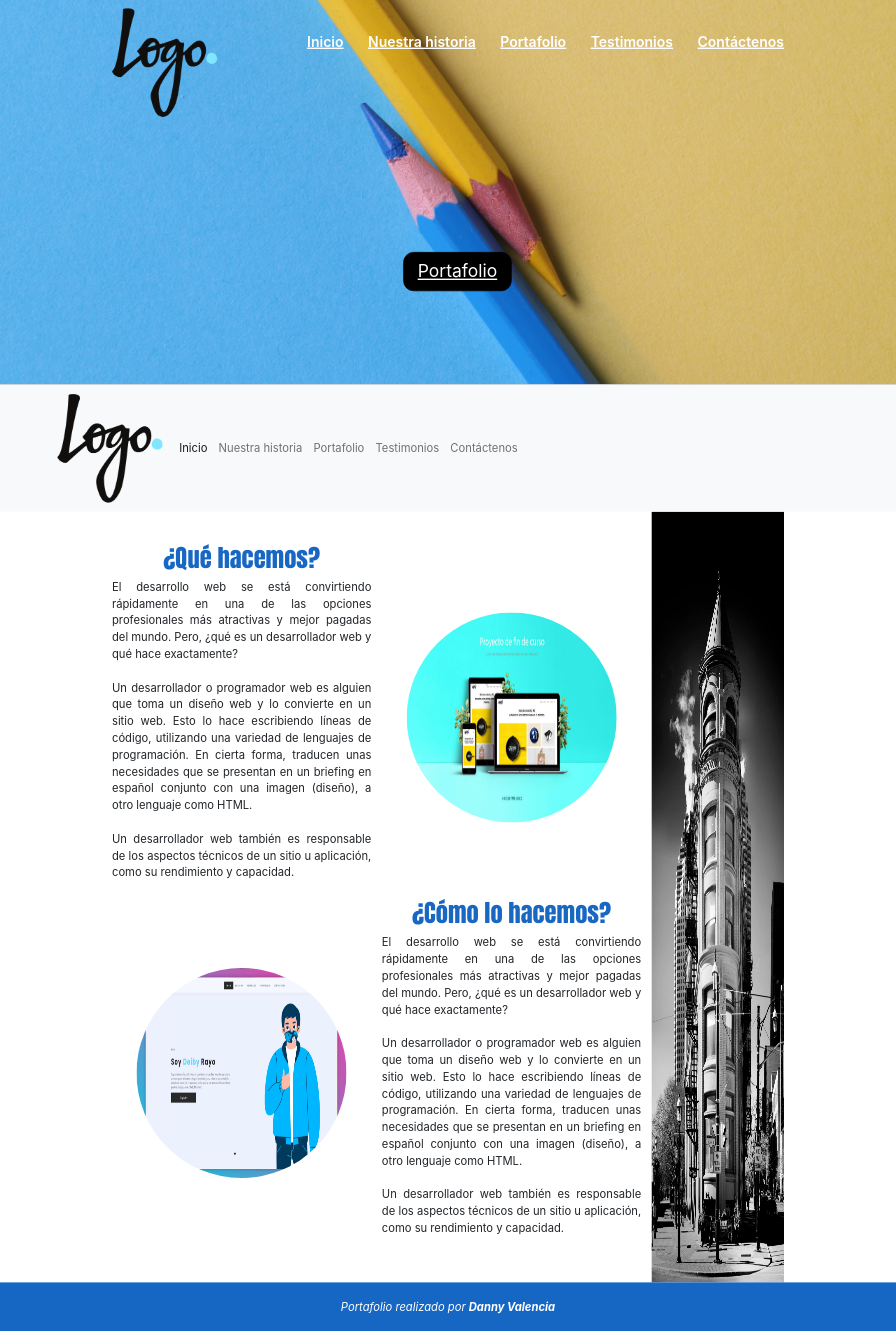
Repository: Dannyval1/Html-portafolio
Page: index.html
An editor plug-in stored every save of this project. The page is shown before and after a run of saves, followed by the edit.
The browser window is 1280 px wide. The pictures show the whole page, at 70% of full size.

Above is the page before, as saved 2022-02-13 18:14:43.

### index.html
<!DOCTYPE html>
<html lang="es">
  <head>
    <meta charset="UTF-8" />
    <meta http-equiv="X-UA-Compatible" content="IE=edge" />
    <meta name="viewport" content="width=device-width, initial-scale=1.0" />
    <title>Portafolio Danny Valencia</title>
    <link rel="stylesheet" type="text/css" href="./assets/css/styles.css" />
    <link
      href="https://cdn.jsdelivr.net/npm/bootstrap@5.1.3/dist/css/bootstrap.min.css"
      rel="stylesheet"
      integrity="sha384-1BmE4kWBq78iYhFldvKuhfTAU6auU8tT94WrHftjDbrCEXSU1oBoqyl2QvZ6jIW3"
      crossorigin="anonymous"
    />
    <script
      src="https://cdn.jsdelivr.net/npm/bootstrap@5.1.3/dist/js/bootstrap.bundle.min.js"
      integrity="sha384-ka7Sk0Gln4gmtz2MlQnikT1wXgYsOg+OMhuP+IlRH9sENBO0LRn5q+8nbTov4+1p"
      crossorigin="anonymous"
    ></script>
  </head>
  <body>
    <header id="header">
      <div class="center">
        <div id="logo">
          <img
            src="./assets/images/logo-danny.png"
            class="app-logo"
            alt="Logo"
            width="150"
          />
        </div>
        <nav id="menu">
          <ul>
            <li>
              <a href="index.html">Inicio</a>
            </li>
            <li>
              <a href="historia.html">Nuestra historia</a>
            </li>
            <li>
              <a href="portafolio.html">Portafolio</a>
            </li>
            <li>
              <a href="testimonios.html">Testimonios</a>
            </li>
            <li>
              <a href="contactenos.html">Contáctenos</a>
            </li>
          </ul>
        </nav>
        <a href="portafolio.html" class="btn-portfolio">Portafolio</a>
      </div>
    </header>
    <nav class="navbar navbar-expand-lg navbar-light bg-light">
      <div class="container">
        <a class="navbar-brand" href="#">
          <img
            src="./assets/images/logo-danny.png"
            class="app-logo"
            alt="Logo"
            width="150"
          />
        </a>
        <button class="navbar-toggler" type="button" data-bs-toggle="collapse" data-bs-target="#navbarSupportedContent" aria-controls="navbarSupportedContent" aria-expanded="false" aria-label="Toggle navigation">
          <span class="navbar-toggler-icon"></span>
        </button>
        <div class="collapse navbar-collapse d-flex justify-content-end" id="navbarSupportedContent">
          <ul class="navbar-nav me-auto mb-2 mb-lg-0">
            <li class="nav-item">
              <a class="nav-link active" aria-current="page" href="index.html">Inicio</a>
            </li>
            <li class="nav-item">
              <a class="nav-link" href="historia.html">Nuestra historia</a>
            </li>
            <li class="nav-item">
              <a class="nav-link" href="portafolio.html">Portafolio</a>
            </li>
            <li class="nav-item">
              <a class="nav-link" href="testimonios.html">Testimonios</a>
            </li>
            <li class="nav-item">
              <a class="nav-link" href="contactenos.html">Contáctenos</a>
            </li>
          </ul>
        </div>
      </div>
    </nav>
    <div class="center full-content">
      <section id="contenido">
        <div class="first-content">
          <h2 class="text-center main-title">¿Qué hacemos?</h2>
          <p class="text-justify">
            El desarrollo web se está convirtiendo rápidamente en una de las
            opciones profesionales más atractivas y mejor pagadas del mundo.
            Pero, ¿qué es un desarrollador web y qué hace exactamente?<br />
            <br />
            Un desarrollador o programador web es alguien que toma un diseño web
            y lo convierte en un sitio web. Esto lo hace escribiendo líneas de
            código, utilizando una variedad de lenguajes de programación. En
            cierta forma, traducen unas necesidades que se presentan en un
            briefing en español conjunto con una imagen (diseño), a otro
            lenguaje como HTML. <br />
            <br />
            Un desarrollador web también es responsable de los aspectos técnicos
            de un sitio u aplicación, como su rendimiento y capacidad.
          </p>
        </div>
        <div class="second-content">
          <img
            src="./assets/images/proyecto1.jpeg"
            class="img-proyects"
            alt="proyectos"
          />
        </div>
        <div class="first-content">
          <img
            src="./assets/images/proyecto2.jpeg"
            class="img-proyects"
            alt="proyectos"
          />
        </div>
        <div class="second-content">
          <h2 class="text-center main-title">¿Cómo lo hacemos?</h2>
          <p class="text-justify">
            El desarrollo web se está convirtiendo rápidamente en una de las
            opciones profesionales más atractivas y mejor pagadas del mundo.
            Pero, ¿qué es un desarrollador web y qué hace exactamente?<br />
            <br />
            Un desarrollador o programador web es alguien que toma un diseño web
            y lo convierte en un sitio web. Esto lo hace escribiendo líneas de
            código, utilizando una variedad de lenguajes de programación. En
            cierta forma, traducen unas necesidades que se presentan en un
            briefing en español conjunto con una imagen (diseño), a otro
            lenguaje como HTML. <br />
            <br />
            Un desarrollador web también es responsable de los aspectos técnicos
            de un sitio u aplicación, como su rendimiento y capacidad.
          </p>
        </div>
      </section>
      <section id="publicidad">
        <img
          src="./assets/images/publicidad.jpeg"
          alt="Publicidad"
          width="100%"
          height="100%"
        />
      </section>
    </div>
    <footer id="footer">
      <div class="center">
        <p class="text-center">
          <i>Portafolio realizado por <strong>Danny Valencia</strong></i>
        </p>
      </div>
    </footer>
  </body>
</html>

### assets/css/styles.css
body {
  display: block;
  margin: 0;
}

#header {
  height: 550px;
  width: 100%;
  background-image: url("./../images/main-background1.jpg");
  background-position: center;
  background-size: cover;
  border-bottom: 1px solid #ccc;
}

#header-two {
  height: 180px;
  width: 100%;
  background-image: url("./../images/main-background1.jpg");
  background-position: center;
  background-size: cover;
  border-bottom: 1px solid #ccc;
}

.center {
  width: 75%;
  margin: 0px auto;
}

#menu {
  width: 80%;
  float: right;
}

#menu ul {
  line-height: 120px;
  float: right;
  font-weight: 600;
  font-size: 20px;
}

#menu ul li {
  display: inline-block;
  list-style: none;
  margin-left: 15px;
  margin-right: 15px;
}

#menu ul li a {
  color: white;
}

#menu ul li:last-child {
  margin-right: 0;
}

#logo {
  width: 20%;
  font-size: 30px;
  float: left;
  margin-top: 12px;
}

.btn-portfolio {
  text-align: center;
  display: inline-block;
  margin: 0 auto;
  width: 155px;
  border: 1px solid black;
  color: white;
  background-color: black;
  position: absolute;
  font-size: 25px;
  top: 50%;
  left: 45%;
  right: 50%;
  padding: 8px;
  border-radius: 15px;
}

.btn-portfolio:hover {
  color: black;
  background-color: white;
  transition: 0.3s;
}

#contenido {
  width: 100%;
  margin-bottom: 50px;
  grid-area: contenido;
  display: grid;
  align-items: center;
  grid-template-columns: auto auto;
  grid-template-rows: auto auto;
  grid-column-gap: 15px;
  grid-row-gap: 10px;
  margin-top: 45px;
}

#publicidad {
  grid-area: publicidad;
}

.full-content {
  display: grid;
  grid-template-columns: 4fr 1fr;
  grid-template-areas: "contenido publicidad";
  grid-column-gap: 15px;
}

.text-center {
  text-align: center;
}

.text-justify {
  text-align: justify;
}

h1,
h2,
h3,
h4,
h5,
h6 {
  font-family: Impact, Haettenschweiler, "Arial Narrow Bold", sans-serif;
}

p,
a,
ul,
ol,
form {
  font-family: -apple-system, BlinkMacSystemFont, "Segoe UI", Roboto, Oxygen,
    Ubuntu, Cantarell, "Open Sans", "Helvetica Neue", sans-serif;
}

a {
  text-decoration: none;
}

.main-title {
  color: #1767c3;
  font-size: 35px;
}

.mt-3 {
  margin-top: 25px;
}
.mb-3 {
  margin-bottom: 25px;
}
.img-proyects {
  width: 300px;
  height: 300px;
  display: block;
  border-radius: 150px;
  margin: 0px auto;
}

form {
  padding: 25px;
  border: 1px solid #1767c3;
  border-radius: 25px;
  background-color: #1767c3;
  color: white;
}
input {
  width: 100%;
  height: 30px;
  margin-bottom: 15px;
  border-radius: 8px;
}

input.send {
  width: 250px;
  background-color: darkcyan;
  color: white;
  margin: 0 auto;
  display: block;
}

textarea {
  width: 100%;
  border-radius: 8px;
}

#footer {
  background: #1666c3;
  width: 100%;
  height: 70px;
  line-height: 70px;
  display: inline-block;
}
#footer p {
  margin: 0px;
  padding: 0px;
  color: white;
}

.img-general {
  margin: 0 auto;
  display: block;
}

@media screen and (max-width: 768px) {
  .full-content {
    grid-template-columns: auto;
    grid-template-areas:
      "contenido"
      "publicidad";
  }

  #contenido {
    grid-template-columns: auto;
    grid-template-areas:
      "firs-content"
      "second-content";
  }

  .btn-portfolio {
    display: none;
  }

  #menu {
    width: 65%;
  }
  #menu ul {
    line-height: 30px;
    font-size: 27px;
  }
  #menu ul li {
    display: block;
    margin-bottom: 35px;
  }
  #header {
    height: 430px;
  }
  #header-two {
    height: 430px;
  }

  #content{
      margin-bottom: 25px;
  }
}

@media screen and (min-width: 768px) and (max-width: 1200px) {
  .app-logo {
    width: 100px;
  }
  #menu {
    width: 85%;
    float: right;
  }
  .btn-portfolio {
    width: 140px;
    font-size: 20px;
    padding: 3px;
  }
  #header {
    height: 300px;
  }
  #header .center {
    width: 85%;
  }
  #logo {
    width: 15%;
  }
  #menu ul {
    line-height: 70px;
    font-size: 18px;
  }
}

@media screen and (min-width: 768px) and (max-width: 991px) {
  #menu ul {
    line-height: 70px;
    font-size: 15px;
  }
}

After the next 2 saves:
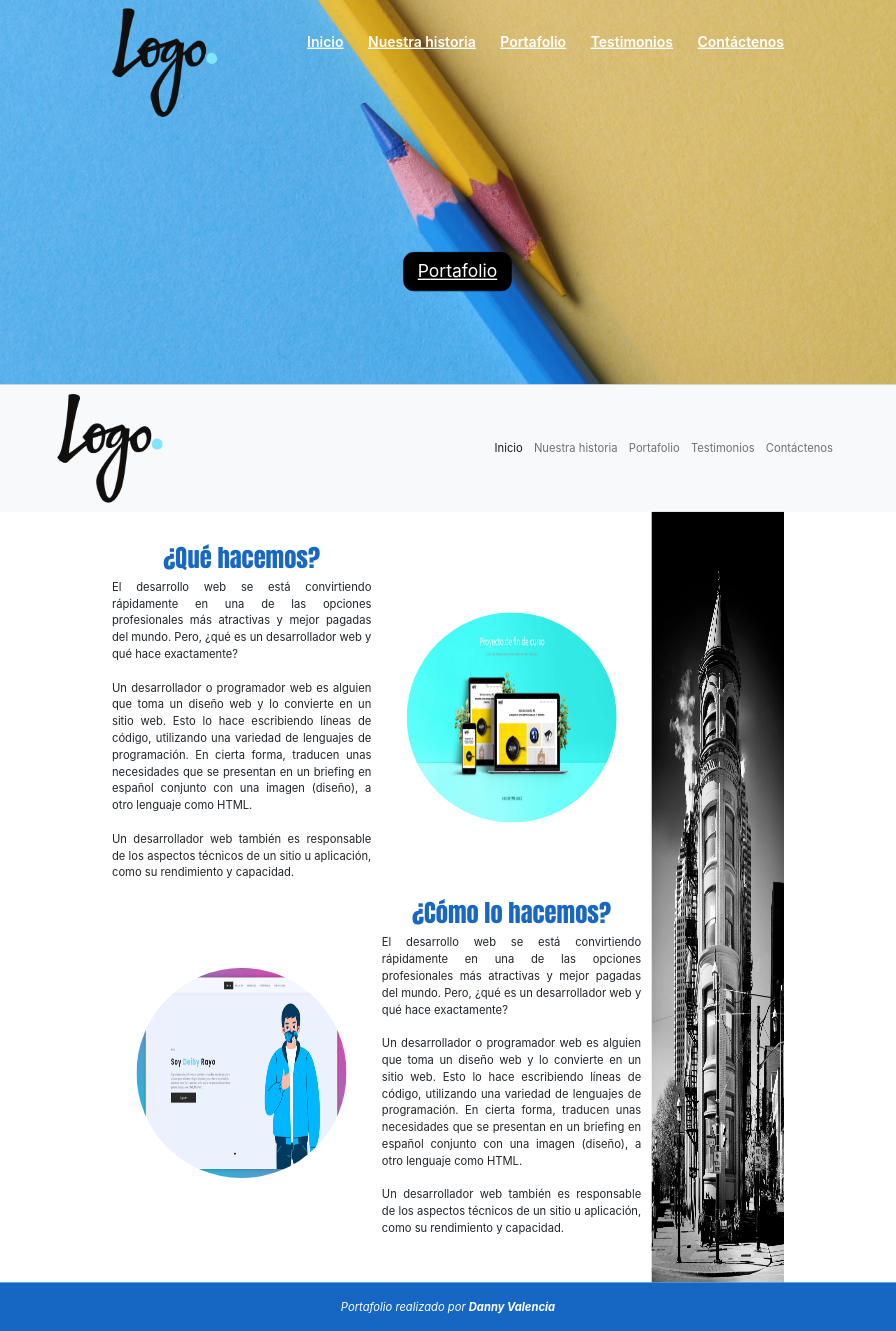
The 2 saves are shown as one change because they came seconds apart.
The last was saved 18 s later.
--- a/index.html
+++ b/index.html
@@ -65,7 +65,7 @@
           <span class="navbar-toggler-icon"></span>
         </button>
         <div class="collapse navbar-collapse d-flex justify-content-end" id="navbarSupportedContent">
-          <ul class="navbar-nav me-auto mb-2 mb-lg-0">
+          <ul class="navbar-nav mb-2 mb-lg-0">
             <li class="nav-item">
               <a class="nav-link active" aria-current="page" href="index.html">Inicio</a>
             </li>
